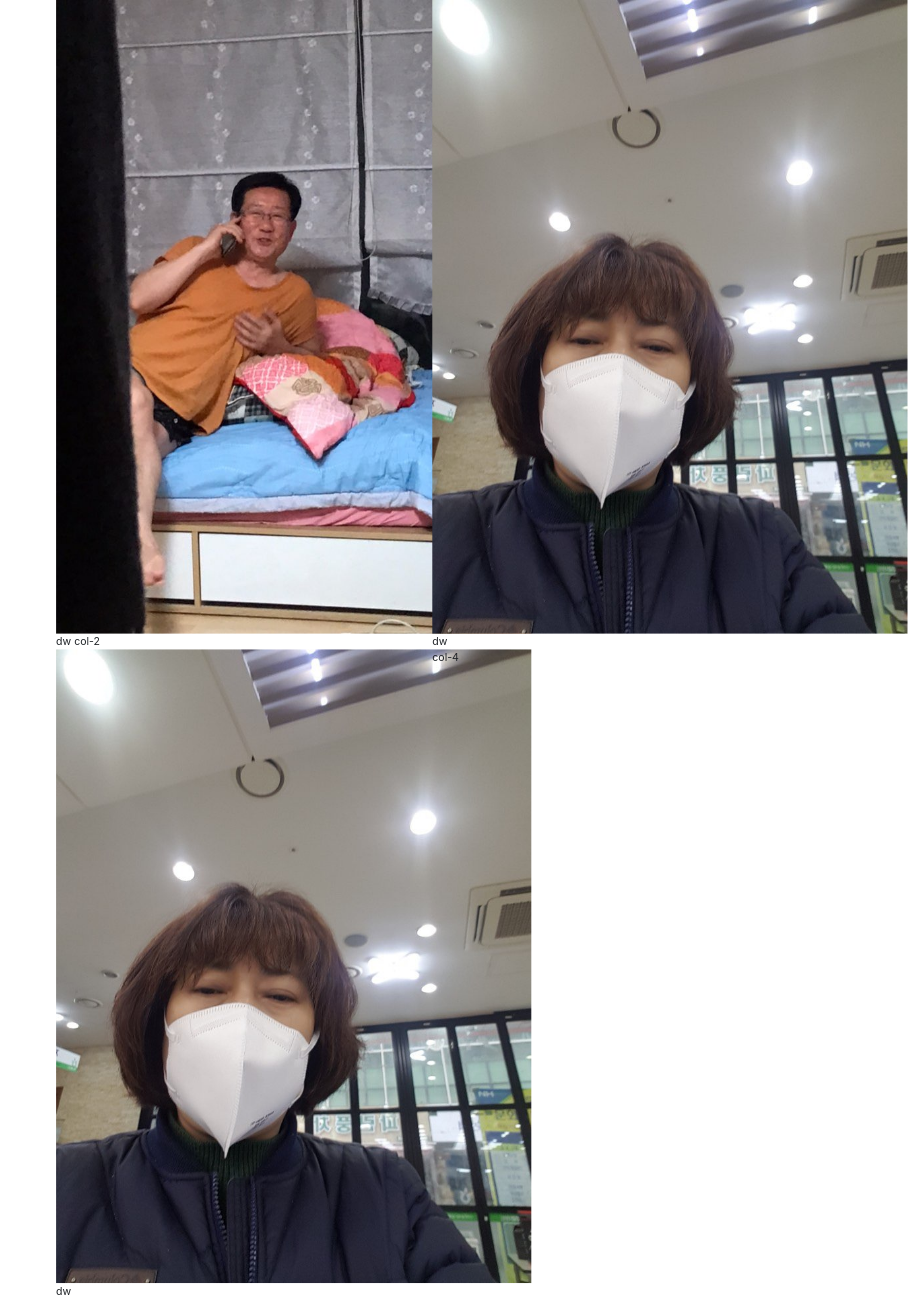
Repository: seungminlll3420/ruby_on_rails
Page: wep.html
The author's editor kept a record of every edit. The page is drawn from the files as they stood at one moment, then again after the next edit.
The browser window is 1280 px wide. The page is 1375 px wide, so the pictures cover 1375 px, including what lies to the right of the window. The pictures show the whole page, at 66% of full size.

Above is the page before.

### wep.html

</html>
<!doctype html>
<html lang="en">
  <head>
    <!-- Required meta tags -->
    <meta charset="utf-8">
    <meta name="viewport" content="width=device-width, initial-scale=1, shrink-to-fit=no">

    <!-- Bootstrap CSS -->
    <link rel="stylesheet" href="https://stackpath.bootstrapcdn.com/bootstrap/4.4.1/css/bootstrap.min.css" integrity="sha384-Vkoo8x4CGsO3+Hhxv8T/Q5PaXtkKtu6ug5TOeNV6gBiFeWPGFN9MuhOf23Q9Ifjh" crossorigin="anonymous">

    <title>Hello, world!</title>
  </head>
  <body>
      <div class="container">
        <div class="row">
            <div class="col-6" style="">
                <img src="./img/이종호.jpg">dw</img>
                col-2
            </div>
            <div class="col-6" style="">
                <img src="./img/길숙희.jpg">dw</img>
            </div>

        </div>
        <div class="row">
            <div class="col-6" style="">
               <img src="./img/길숙희.jpg">dw</img>
            </div>
            <div class="col-6" style="">
                col-4
            </div>
        </div>
    </div>
    <!-- Optional JavaScript -->
    <!-- jQuery first, then Popper.js, then Bootstrap JS -->
    <script src="https://code.jquery.com/jquery-3.4.1.slim.min.js" integrity="sha384-J6qa4849blE2+poT4WnyKhv5vZF5SrPo0iEjwBvKU7imGFAV0wwj1yYfoRSJoZ+n" crossorigin="anonymous"></script>
    <script src="https://cdn.jsdelivr.net/npm/popper.js@1.16.0/dist/umd/popper.min.js" integrity="sha384-Q6E9RHvbIyZFJoft+2mJbHaEWldlvI9IOYy5n3zV9zzTtmI3UksdQRVvoxMfooAo" crossorigin="anonymous"></script>
    <script src="https://stackpath.bootstrapcdn.com/bootstrap/4.4.1/js/bootstrap.min.js" integrity="sha384-wfSDF2E50Y2D1uUdj0O3uMBJnjuUD4Ih7YwaYd1iqfktj0Uod8GCExl3Og8ifwB6" crossorigin="anonymous"></script>
  </body>
</html>

After the next edit:
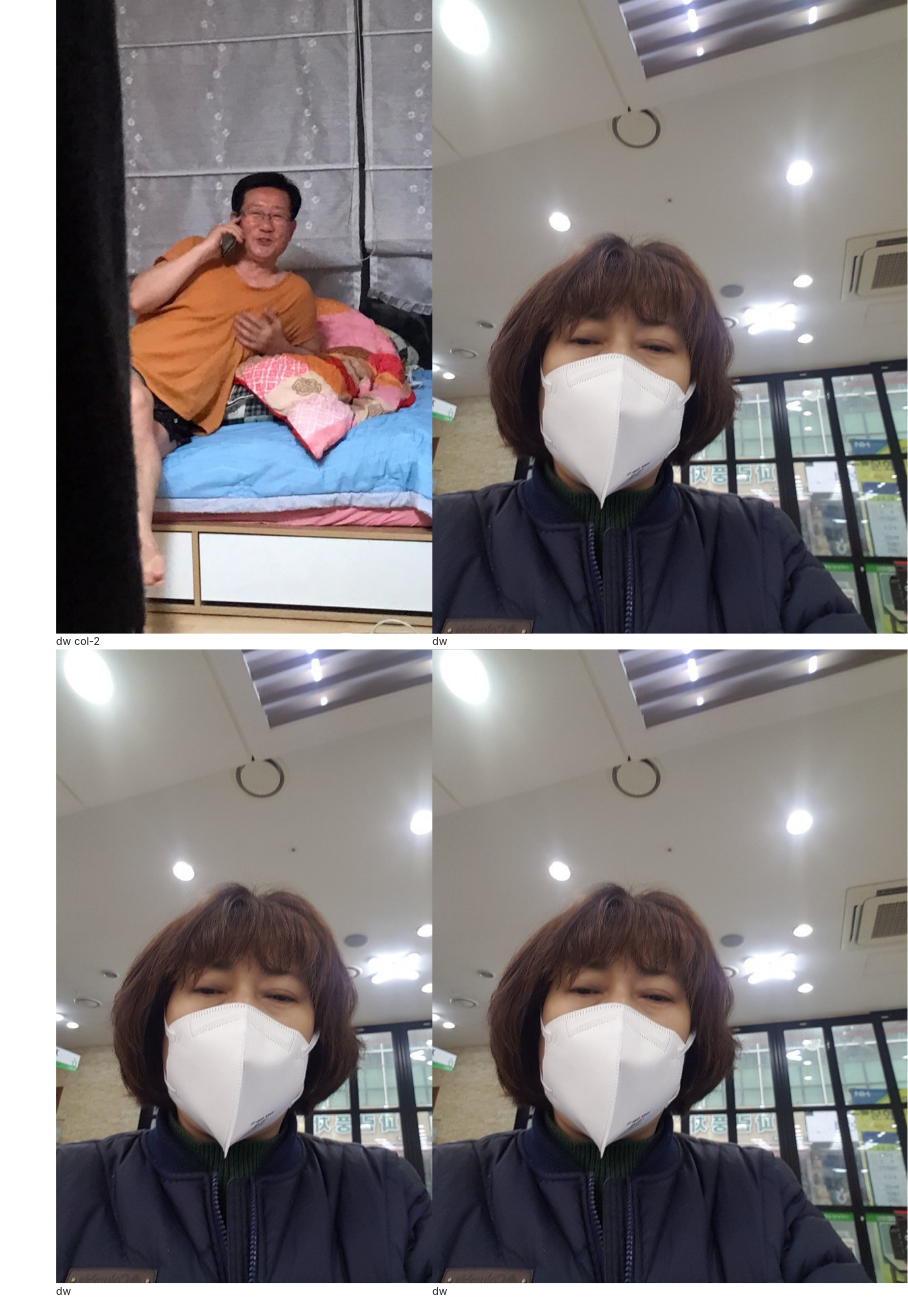
The edit:
--- a/wep.html
+++ b/wep.html
@@ -29,7 +29,7 @@
                <img src="./img/길숙희.jpg">dw</img>
             </div>
             <div class="col-6" style="">
-                col-4
+                <img src="./img/길숙희.jpg">dw</img>
             </div>
         </div>
     </div>
